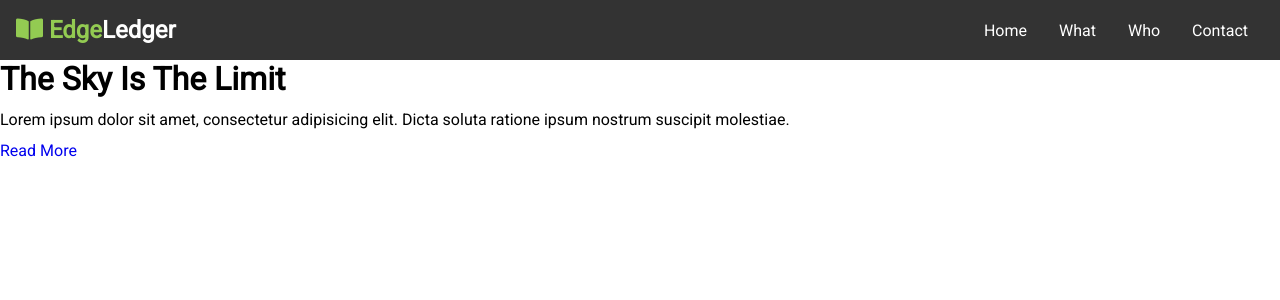
Repository: dimlutine/EdgeLedger
Page: index.html
These files come from the project's save history. The page is drawn as it stood at one moment and after the next save; the edit follows.
The browser window is 1280 px wide. The pictures show the whole page.
Some web libraries are served in a nearby version.

Above is the page before, as saved 2019-07-06 18:46:51.

### index.html
<!DOCTYPE html>
<html lang="en">

<head>
    <meta charset="UTF-8">
    <meta name="viewport" content="width=device-width, initial-scale=1.0">
    <meta http-equiv="X-UA-Compatible" content="ie=edge">
    <link rel="stylesheet" href="https://use.fontawesome.com/releases/v5.6.3/css/all.css" integrity="sha384-UHRtZLI+pbxtHCWp1t77Bi1L4ZtiqrqD80Kn4Z8NTSRyMA2Fd33n5dQ8lWUE00s/" crossorigin="anonymous">
    <link rel="stylesheet" media="screen and (max-width: 768px)" href="css/mobile.css">
    <link rel="stylesheet" media="screeb abd (min-width: 1100px)" href="css/widescreen.css">
    <link rel="stylesheet" href="css/style.css">
    <title>EdgeLedger Financial | Accounting & Investment</title>
</head>

<body id="home">
    <!-- Navbar -->
    <nav id="navbar">
        <h1 class="logo">
            <span class="text-primary"><i class="fas fa-book-open"></i> Edge</span>Ledger
        </h1>
        <ul>
            <li><a href="#home">Home</a></li>
            <li><a href="#what">What</a></li>
            <li><a href="#who">Who</a></li>
            <li><a href="#contacts">Contact</a></li>
        </ul>
    </nav>
    <!-- Header: Showcase -->
    <header id="showcase">
        <div class="showcase-content">
            <h1 class="l-heading">
                The Sky Is The Limit
            </h1>
            <p class="lead">Lorem ipsum dolor sit amet, consectetur adipisicing elit. Dicta soluta ratione ipsum nostrum suscipit molestiae.</p>
            <a href="#what" class="btn">Read More</a>
        </div>
    </header>
</body>

</html>

### css/style.css
@import url('https://fonts.googleapis.com/css?family=Roboto&display=swap');
* {
    margin: 0;
    padding: 0;
}

body {
    font-family: 'Roboto', sans-serif;
}

a {
    text-decoration: none;
}

p {
    margin: .75rem 0;
}


/* Utility Classes */

.text-primary {
    color: #93cb52;
}


/* Navbar */

#navbar {
    display: flex;
    position: sticky;
    top: 0;
    background: #333;
    color: #fff;
    justify-content: space-between;
    z-index: 1;
    padding: 1rem;
}

#navbar ul {
    display: flex;
    align-items: center;
    list-style: none;
}

#navbar ul li a {
    color: #fff;
    padding: 0.75rem;
    margin: 0 0.25rem;
}

#navbar ul li a:hover {
    background: #93cb52;
    border-radius: 5px;
}

Loaded but not shown: css/mobile.css (no stored copy; drawn as an empty file); css/widescreen.css (no stored copy; drawn as an empty file)

After the next save:
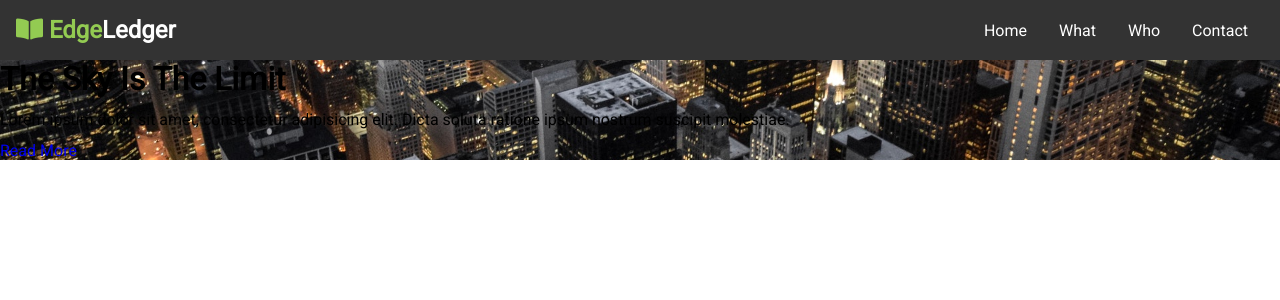
Saved 61 s later.
--- a/css/style.css
+++ b/css/style.css
@@ -53,3 +53,10 @@
     background: #93cb52;
     border-radius: 5px;
 }
+
+
+/* Showcase */
+
+#showcase {
+    background: #333 url(../img/showcase.jpg) no-repeat center center/cover;
+}
